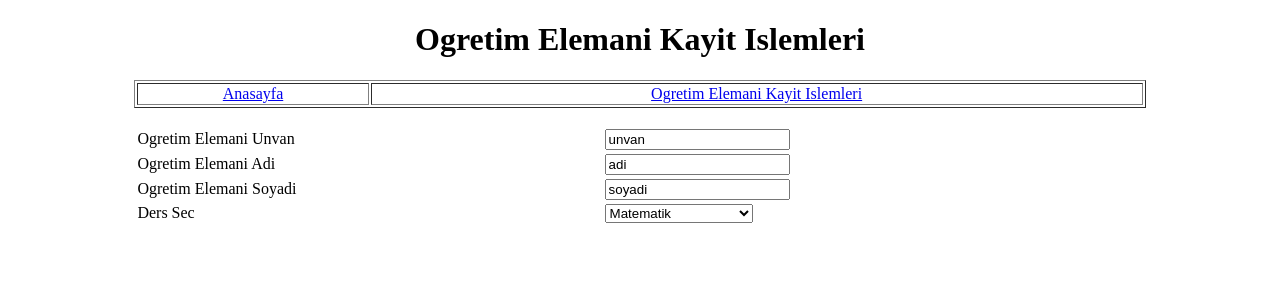
Repository: Egemen-ve-Burakhan-internet-final/final
Page: http://localhost/ogretim/ogretmen_kayit.jsp
The author's editor kept a copy of each file at every save. The page is drawn from the files as they stood at one save, then again after the next save.
The browser window is 1280 px wide. The pictures show the whole page.
The page is served by Tomcat 9.

Above is the page before, as saved 2020-05-25 14:28:47.

After the next save:
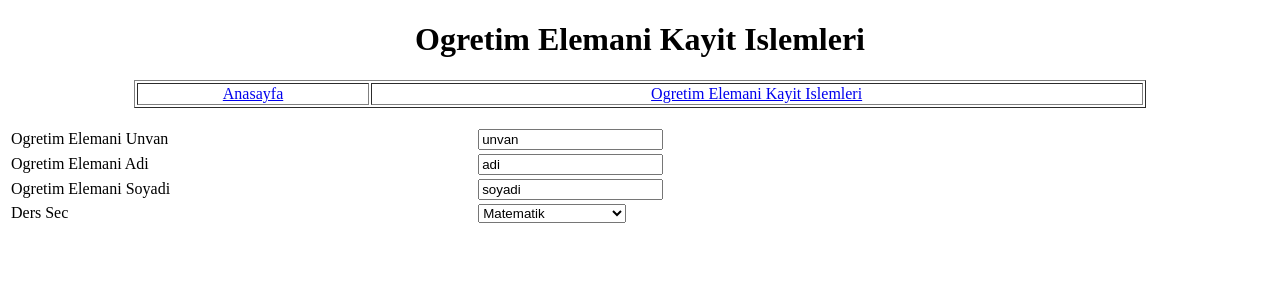
Saved 13 s later.
--- a/okul/ogretim/WebContent/ogretmen_kayit.jsp
+++ b/okul/ogretim/WebContent/ogretmen_kayit.jsp
@@ -22,7 +22,7 @@
 
 		<div>
 			<form>
-				<table width="80%" align= center>
+				<table width="80%" >
 					<tr>
 						<td><label>Ogretim Elemani Unvan</label></td>
 						<td><input type="text" name="unvan" value="unvan"></td>
